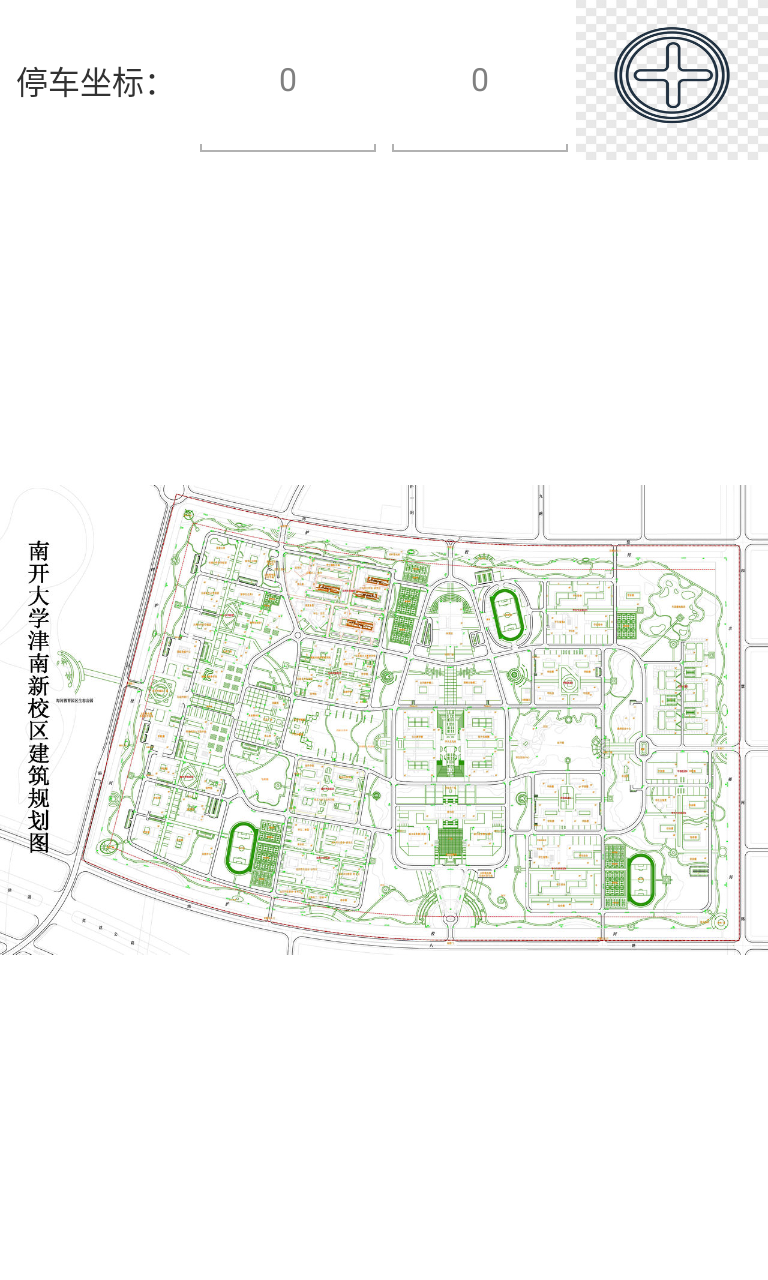
Repository: CovaWang/temporary_embedded
Layout: 7#车联·共享单车/代码/代码/res/layout/compass.xml
These files come from the project's save history. The layout is drawn as it stood at one moment and after the next save; the edit follows.
It is drawn on a 768 x 1280 px phone screen (xhdpi) without system bars, with theme AppTheme; the app's code is not run.

Above is the layout before, as saved 2024-04-24 12:08:19.

### 7#车联·共享单车/代码/代码/res/layout/compass.xml
<?xml version="1.0" encoding="utf-8"?>
<LinearLayout xmlns:android="http://schemas.android.com/apk/res/android"
    android:layout_width="fill_parent"
    android:layout_height="match_parent"
    android:orientation="vertical" >

    <LinearLayout
       	android:layout_width="match_parent"
       	android:layout_height="match_parent"
       	android:orientation="horizontal"
		android:layout_weight="7">
	    <TextView
			android:layout_width="match_parent"
			android:layout_height="match_parent"
			android:gravity="center"
			android:text="停车坐标："
			android:textSize="16dp"
			android:layout_weight="1" />

	    <EditText
	        android:id="@+id/compass_text1"
			android:layout_width="match_parent"
			android:layout_height="match_parent"
			android:gravity="center"
			android:hint="0"
			android:textSize="16sp"
			android:textColor="#8A2BE2"
			android:layout_weight="1" />

	    <EditText
	        android:id="@+id/compass_text2"
			android:layout_width="match_parent"
			android:layout_height="match_parent"
			android:gravity="center"
			android:hint="0"
			android:textSize="16sp"
			android:textColor="#8A2BE2"
			android:layout_weight="1" />

	    <Button
	        android:id="@+id/compass_Button"
	        android:layout_width="match_parent"
			android:layout_height="match_parent"
			android:gravity="center"
	        android:background="@drawable/map_button"
	        android:layout_weight="1"  />

   </LinearLayout>

    <ImageView
        android:id="@+id/compass_img"
        android:layout_width="match_parent"
        android:layout_height="match_parent"
        android:layout_gravity="center"
        android:src="@drawable/map"
        android:layout_weight="1" />

</LinearLayout>

### 7#车联·共享单车/代码/代码/res/values/styles.xml
<resources>

    <!--
        Base application theme, dependent on API level. This theme is replaced
        by AppBaseTheme from res/values-vXX/styles.xml on newer devices.

    -->
    <style name="AppBaseTheme" parent="android:Theme.Light">
        <!--
            Theme customizations available in newer API levels can go in
            res/values-vXX/styles.xml, while customizations related to
            backward-compatibility can go here.

        -->
    </style>

    <!-- Application theme. -->
    <style name="AppTheme" parent="AppBaseTheme">
        <!-- All customizations that are NOT specific to a particular API-level can go here. -->
    </style>
    <!-- 高宽都包裹内容 -->
    <style name="wrapcontent">
        <item name="android:layout_width">wrap_content</item>
        <item name="android:layout_height">wrap_content</item>
    </style>

    <!-- 自定义对话框样式 -->
    <style name="dialog_custom" parent="android:style/Theme.Dialog">
        <item name="android:windowFrame">@null</item>
        <item name="android:windowNoTitle">true</item>
        <item name="android:background">#00000000</item>
        <item name="android:windowBackground">@android:color/transparent</item>
    </style>
    <!-- TextView 16sp样式 -->
    <style name="textview16sp" parent="wrapcontent">
        <item name="android:textSize">16sp</item>
        <item name="android:gravity">center_vertical</item>
    </style>

    <!-- TextView 14sp样式 -->
    <style name="textview12sp" parent="wrapcontent">
        <item name="android:textSize">12sp</item>
        <item name="android:gravity">center_vertical</item>
    </style>
    <!-- TextView 14sp样式 -->
    <style name="textview14sp" parent="wrapcontent">
        <item name="android:textSize">14sp</item>
        <item name="android:gravity">center_vertical</item>
    </style>

    <!-- 宽度为0dp,高度为包裹内容，权重为1 -->
    <style name="zero_widthwrapcontent">
        <item name="android:layout_width">0dp</item>
        <item name="android:layout_height">wrap_content</item>
        <item name="android:layout_weight">1</item>
    </style>

    <!-- 黄色14sp,图片间距为5dp的textview -->
    <style name="tvyellow14sp" parent="zero_widthwrapcontent">
        <item name="android:textSize">14sp</item>
        <item name="android:drawablePadding">3dp</item>
        <item name="android:gravity">center</item>
        <item name="android:textColor">@color/bright_yellow</item>
    </style>

</resources>

Loaded but not shown: 7#车联·共享单车/代码/代码/res/values-v11/styles.xml (common file); 7#车联·共享单车/代码/代码/res/values-v14/styles.xml (common file)

After the next save:
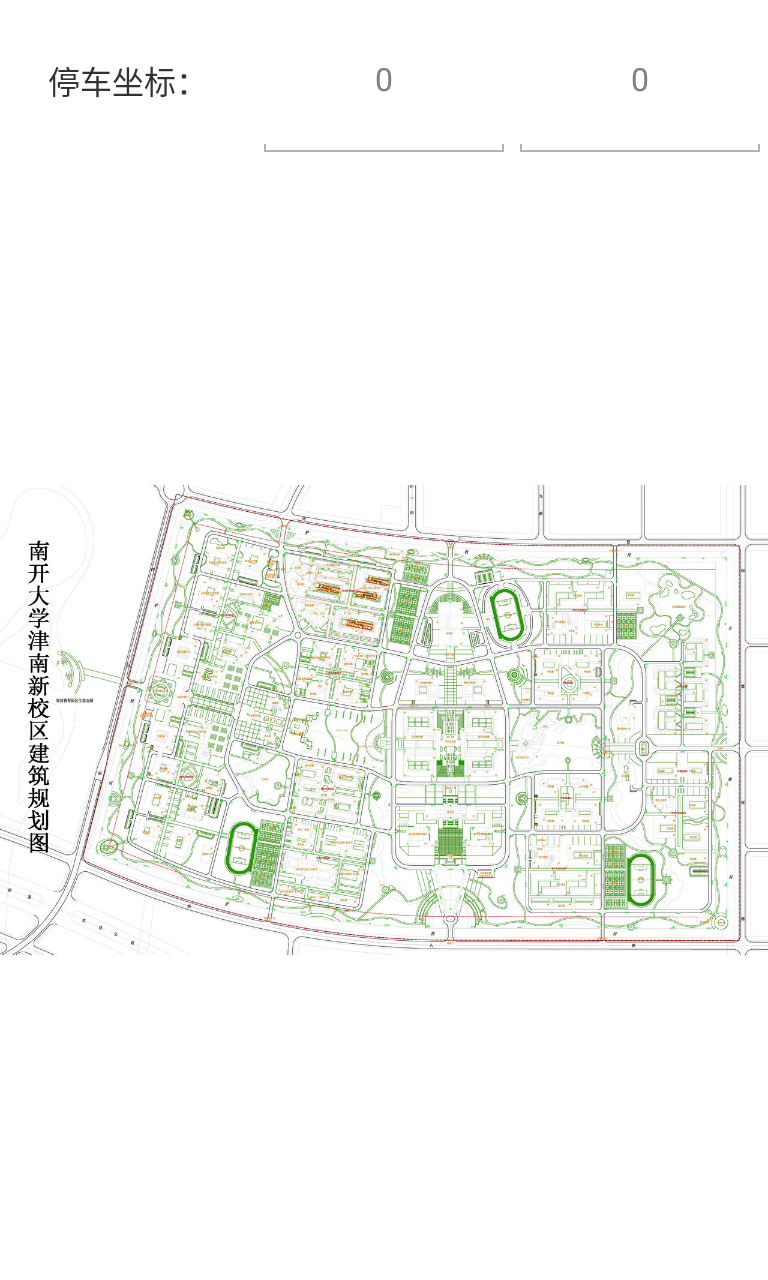
Saved 3 min 43 s later.
--- a/7#车联·共享单车/代码/代码/res/layout/compass.xml
+++ b/7#车联·共享单车/代码/代码/res/layout/compass.xml
@@ -37,13 +37,13 @@
 			android:textColor="#8A2BE2"
 			android:layout_weight="1" />
 
-	    <Button
+	    <!-- <Button
 	        android:id="@+id/compass_Button"
 	        android:layout_width="match_parent"
 			android:layout_height="match_parent"
 			android:gravity="center"
 	        android:background="@drawable/map_button"
-	        android:layout_weight="1"  />
+	        android:layout_weight="1"  /> -->
 
    </LinearLayout>
 
